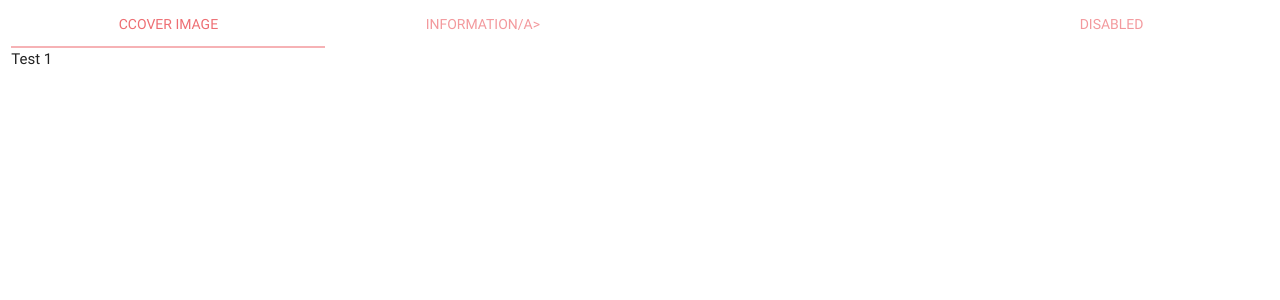
Repository: h8130084/bookReview
Page: http://localhost/
The author's editor kept a record of every edit. The page is drawn from the files as they stood at one moment, then again after the next edit.
The browser window is 1280 px wide. The pictures show the whole page.
Some web libraries are served in a nearby version. The page is served by the project's application, run on Flask 3 (app.py). Queries for data that is not in the repository find no rows.

Above is the page before.
Console error: ReferenceError: M is not defined

### templates/books.html
{% extends 'base.html' %}
{% block content %}

    {% for book in books%}
    {{book.Title}}
    {{book.Author}}
    {{book.Genre}}
    {{book.Image_URL}}
    {{book.Amazon}}
    {{book.upvote}}
    <!--{{book.Review}}-->
    {% endfor %}


<div class="row">
    <div class="col s12">
      <ul class="tabs">
        <li class="tab col s3"><a class="active"href="#test1">cCover Image</a></li>
        <li class="tab col s3"><a  href="#test2">Information/a></li>
        <li class="tab col s3 "><a href="#test3">Review</a></li>
        <li class="tab col s3 disabled"><a href="#test4"> disabled</a></li>
      </ul>
    </div>
    <div id="test1" class="col s12">Test 1</div>
    <div id="test2" class="col s12">Test 2</div>
    <div id="test3" class="col s12">Test 3</div>
    <div id="test4" class="col s12">Test 4</div>
  </div>

{% endblock %}

### templates/base.html
<!DOCTYPE html>
<html lang="en">

<head>
    <meta charset="UTF-8">
    <meta name="viewport" content="width=device-width, initial-scale=1.0">
    <meta http-equiv="X-UA-Compatible" content="ie=edge">

    <link href="https://fonts.googleapis.com/icon?family=Material+Icons" rel="stylesheet">
    <link href="https://fonts.googleapis.com/css?family=Raleway&display=swap" rel="stylesheet">
    <link rel="stylesheet" href="https://cdnjs.cloudflare.com/ajax/libs/materialize/0.100.2/css/materialize.min.css">

    <title>Document</title>
</head>

<body>

    {% block content %} {% endblock %}

    <script src="https://cdnjs.cloudflare.com/ajax/libs/jquery/3.2.1/jquery.min.js"></script>
    <script src="https://cdnjs.cloudflare.com/ajax/libs/materialize/0.100.2/js/materialize.min.js"></script>
    <script>
        var instance = M.Tabs.init(el, options);
        // Or with jQuery
        $(document).ready(function() {
            $('.tabs').tabs();
        });
    </script>

</body>


</html>

### app.py
import os
from flask import Flask, render_template, redirect, request, url_for
from flask_pymongo import PyMongo
from bson.objectid import ObjectId

app = Flask(__name__)

app.config["MONGO_DBNAME"] = 'book_review'
app.config["MONGO_URI"] = 'mongodb+srv://root:PASSWORD@myfirstcluster-mi7s3.mongodb.net/book_review?retryWrites=true&w=majority'


mongo = PyMongo(app)

@app.route('/')
@app.route('/ get_books')
def get_books():
     return render_template("books.html", books=mongo.db.book_details.find())


if __name__ == '__main__':
    app.run(host=os.environ.get('IP'),
    port=int(os.environ.get('PORT')),
    debug=True)

After the next edit:
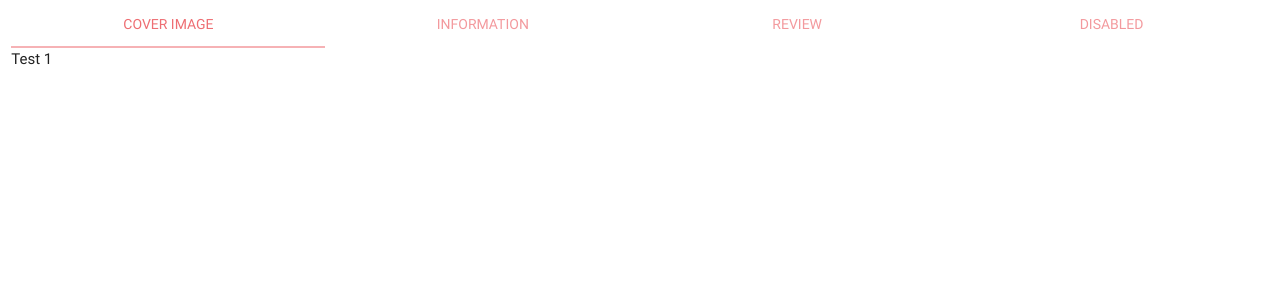
The edit:
--- a/templates/books.html
+++ b/templates/books.html
@@ -15,9 +15,9 @@
 <div class="row">
     <div class="col s12">
       <ul class="tabs">
-        <li class="tab col s3"><a class="active"href="#test1">cCover Image</a></li>
-        <li class="tab col s3"><a  href="#test2">Information/a></li>
-        <li class="tab col s3 "><a href="#test3">Review</a></li>
+        <li class="tab col s3"><a class="active"href="#test1">Cover Image</a></li>
+        <li class="tab col s3"><a  href="#test2">Information</a></li>
+        <li class="tab col s3"><a href="#test3">Review</a></li>
         <li class="tab col s3 disabled"><a href="#test4"> disabled</a></li>
       </ul>
     </div>
